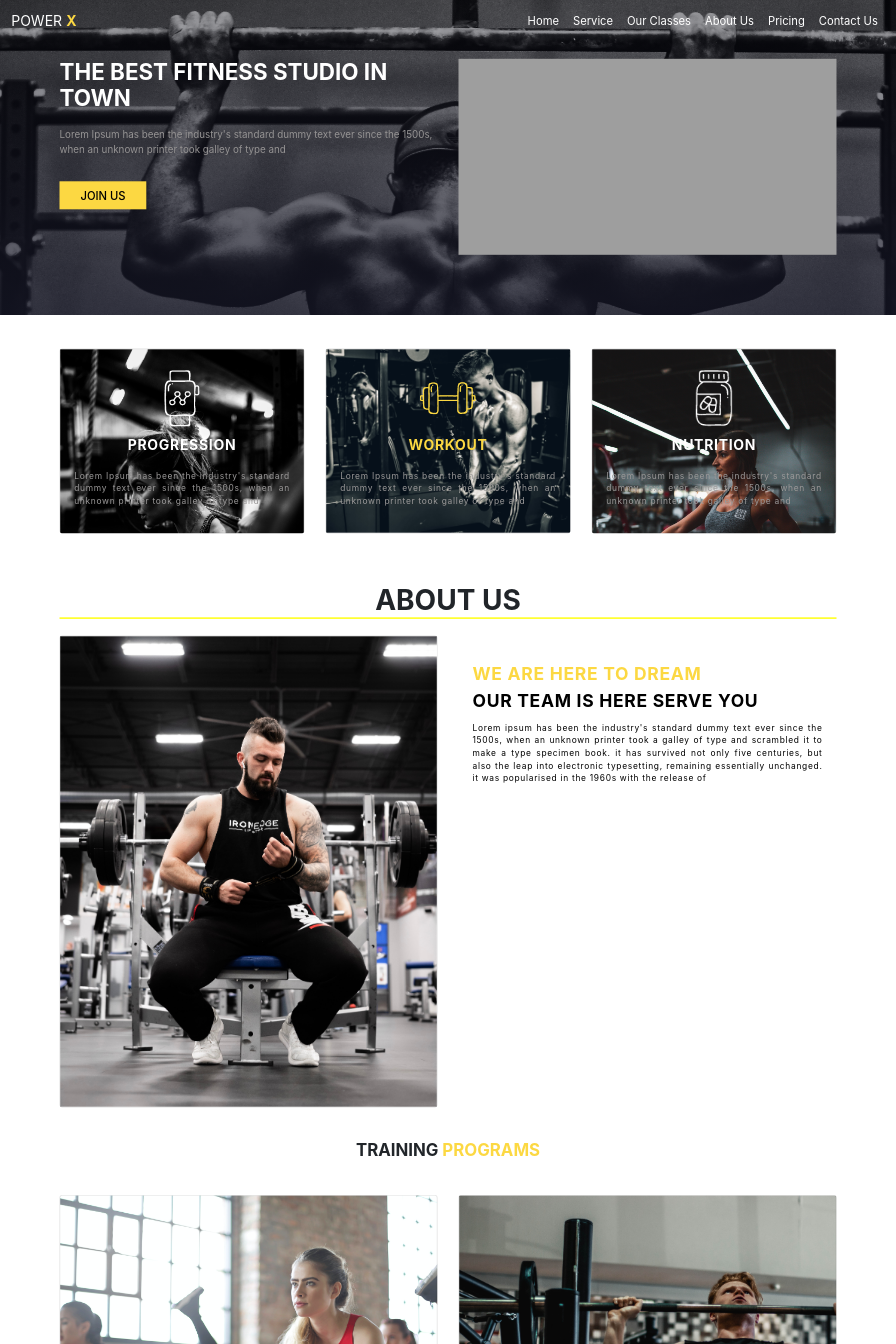
Repository: arif286/power-x-gym
Page: /
The author's editor kept a copy of each file at every save. The page is drawn from the files as they stood at one save, then again after the next save.
The browser window is 1280 px wide. The pictures show the part of the page from y = 0 to 1920 px (the page is 3022 px tall), at 70% of full size.
Pictures or frames that could not be fetched are drawn as grey boxes. The project was rebuilt for these pictures with package versions that can differ from the ones it lists, and the page was loaded fresh each time. Also part of the build but not shown: src/components/ClassDetails/ClassDetails.css, src/components/Classes/Classes.js, src/components/PricingPlan/PricingPlan.css, src/components/PurchaseForm/PurchaseForm.css, src/components/PurchaseForm/PurchaseForm.js.

Above is the page before, as saved 2021-04-09 02:32:52.

After the next save:
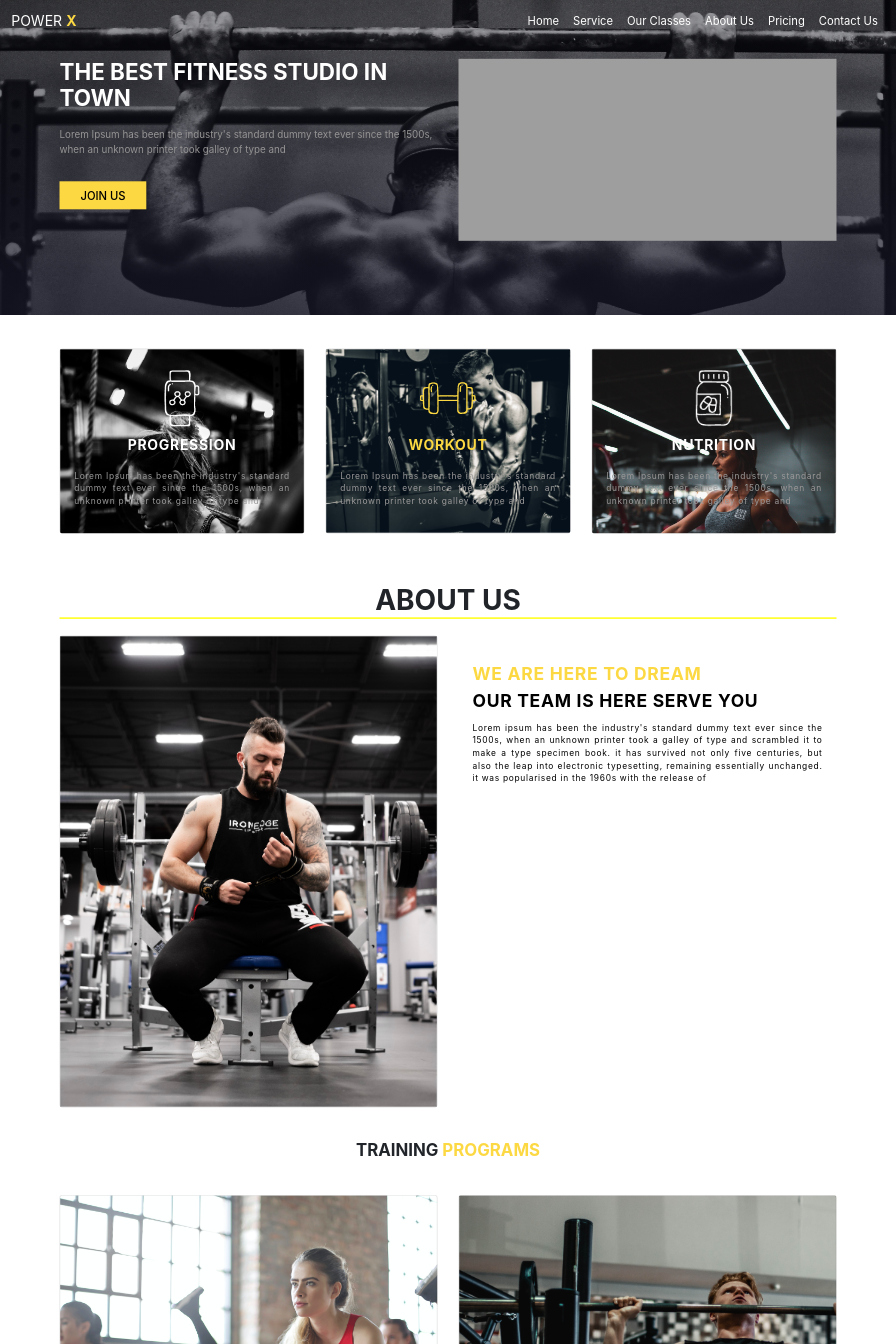
Saved 12 s later.
--- a/src/components/Header/Header.js
+++ b/src/components/Header/Header.js
@@ -52,7 +52,7 @@ const Header = (props) => {
           <Col>
             <iframe
               width="100%"
-              height="280"
+              height="260"
               src="https://www.youtube-nocookie.com/embed/gey73xiS8F4?start=15"
               title="YouTube video player"
               frameBorder="0"
